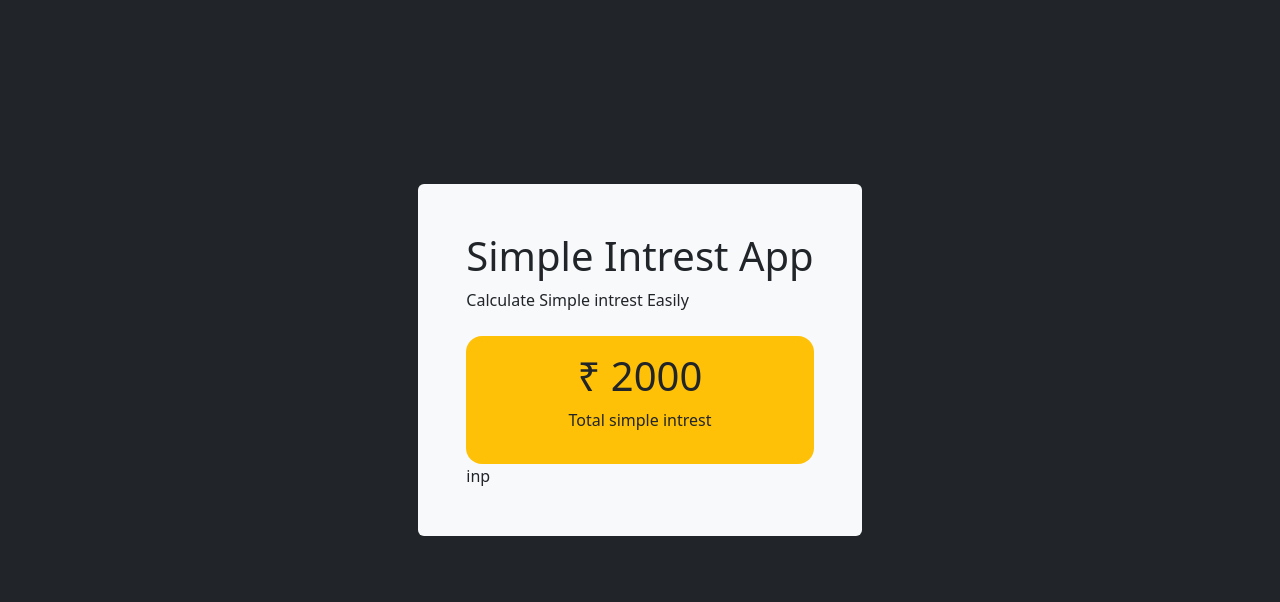
Repository: Afraz13/simple-intrest
Page: /
An editor plug-in stored every save of this project. The page is shown before and after a run of saves, followed by the edit.
The browser window is 1280 px wide. The pictures show the whole page.
The project was rebuilt for these pictures with package versions that can differ from the ones it lists, and the page was loaded fresh each time. Also part of the build but not shown: src/index.css, src/App.css.

Above is the page before, as saved 2024-07-15 20:32:58.

### public/index.html
<!DOCTYPE html>
<html lang="en">
  <head>
    <meta charset="utf-8" />

    <meta name="viewport" content="width=device-width, initial-scale=1" />
    <link href="https://cdn.jsdelivr.net/npm/bootstrap@5.3.3/dist/css/bootstrap.min.css" rel="stylesheet" integrity="sha384-QWTKZyjpPEjISv5WaRU9OFeRpok6YctnYmDr5pNlyT2bRjXh0JMhjY6hW+ALEwIH" crossorigin="anonymous">

    <title>Simple Intrest</title>
  </head>
  <body>

    <div id="root"></div>

  </body>
</html>

### src/App.js

import './App.css';

function App() {
  return (
    <div style={{height:'100vh'}} className='d-flex justify-content-center align-items-center w-100 bg-dark'>
    <div className='bg-light p-5 rounded'>
    <h1>Simple Intrest App</h1>
    <p>Calculate Simple intrest Easily</p>
    <div className='bg-warning d-flex justify-content-center align-items-center p-3 flex-column rounded-4 mt-4 '>
      <h1>₹ 2000</h1>
      <p>Total simple intrest</p>
    </div>
    <form action="">
      inp
    </form>
    </div>
    </div>
  );
}

export default App;

Loaded but not shown: src/index.js (common file)

After the next 4 saves:
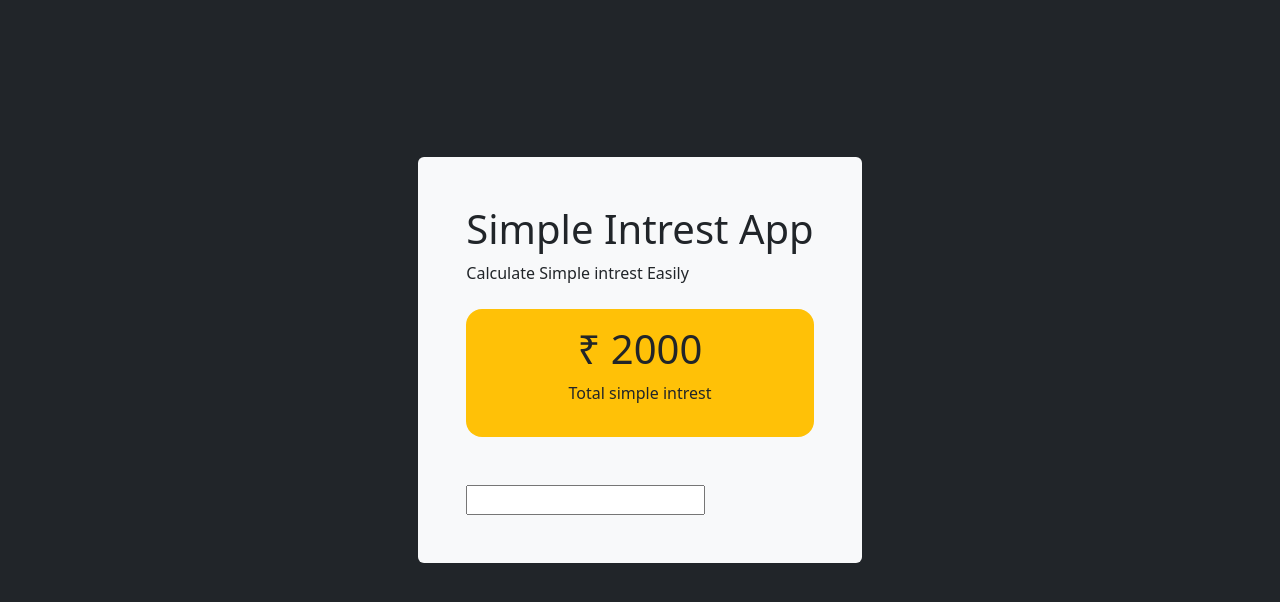
The 4 saves are shown as one change because they came seconds apart.
The last was saved 17 s later.
--- a/src/App.js
+++ b/src/App.js
@@ -11,8 +11,8 @@ function App() {
       <h1>₹ 2000</h1>
       <p>Total simple intrest</p>
     </div>
-    <form action="">
-      inp
+    <form action="" className='mt-5'>
+      <input type="text" />
     </form>
     </div>
     </div>
